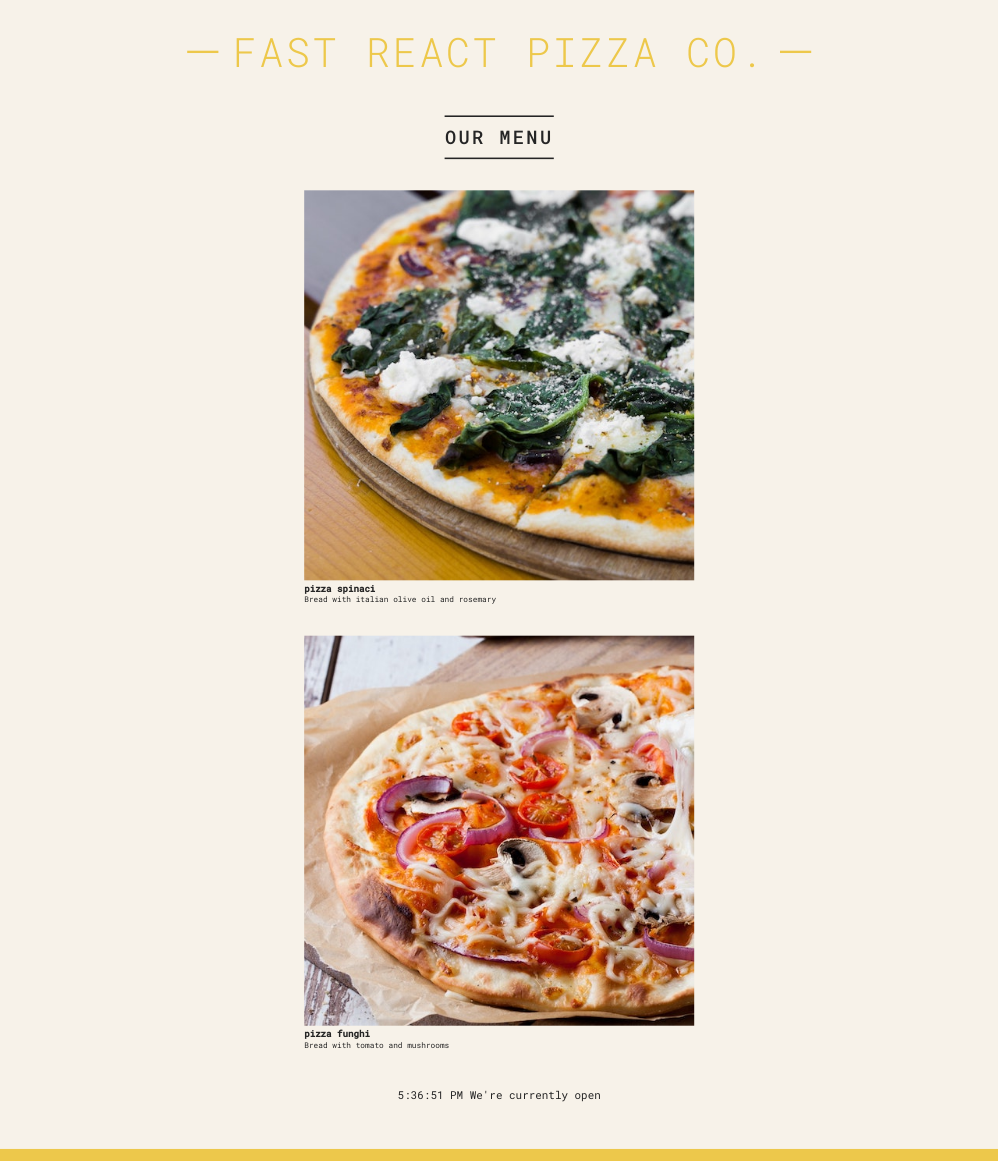
Repository: ahmedharidy/First-React-App
Page: /
An editor plug-in stored every save of this project. The page is shown before and after the next save, followed by the edit.
The browser window is 1280 px wide. The pictures show the whole page, at 78% of full size.
The project was rebuilt for these pictures with package versions that can differ from the ones it lists, and the page was loaded fresh each time.

Above is the page before, as saved 2026-09-22 11:07:53.

### src/index.js
import React from "react";
import ReactDOM from "react-dom/client";
import "./index.css";

const pizzaData = [
  {
    name: "Focaccia",
    ingredients: "Bread with italian olive oil and rosemary",
    price: 6,
    photoName: "pizzas/focaccia.jpg",
    soldOut: false,
  },
  {
    name: "Pizza Margherita",
    ingredients: "Tomato and mozarella",
    price: 10,
    photoName: "pizzas/margherita.jpg",
    soldOut: false,
  },
  {
    name: "Pizza Spinaci",
    ingredients: "Tomato, mozarella, spinach, and ricotta cheese",
    price: 12,
    photoName: "pizzas/spinaci.jpg",
    soldOut: false,
  },
  {
    name: "Pizza Funghi",
    ingredients: "Tomato, mozarella, mushrooms, and onion",
    price: 12,
    photoName: "pizzas/funghi.jpg",
    soldOut: false,
  },
  {
    name: "Pizza Salamino",
    ingredients: "Tomato, mozarella, and pepperoni",
    price: 15,
    photoName: "pizzas/salamino.jpg",
    soldOut: true,
  },
  {
    name: "Pizza Prosciutto",
    ingredients: "Tomato, mozarella, ham, aragula, and burrata cheese",
    price: 18,
    photoName: "pizzas/prosciutto.jpg",
    soldOut: false,
  },
];
function App() {
  return (
    <div className="container">
      <Header />
      <Menu />
      <Footer />
    </div>
  );
}

function Header() {
  //   const style = { color: "red", fontSize: "48px", textTransform: "uppercase" };
  const style = {};
  return (
    <header className="header">
      <h1 style={style}>Fast react pizza co.</h1>
    </header>
  );
}
function Menu() {
  return (
    <main className="menu">
      <h2>Our menu</h2>
      <Pizza
        name="pizza spinaci"
        ingredient="Bread with italian olive oil and rosemary"
        photoName="pizzas/spinaci.jpg"
        price="10"
      />

      <Pizza
        name="pizza funghi"
        ingredient="Bread with tomato and mushrooms"
        photoName="pizzas/funghi.jpg"
        price="50"
      />
    </main>
  );
}

function Pizza(props) {
  console.log(props);
  return (
    <div>
      <img src={props.photoName} alt={props.name}></img>
      <h3>{props.name}</h3>
      <p>{props.ingredient}</p>
    </div>
  );
}

function Footer() {
  const hour = new Date().getHours();
  const openHour = 12;
  const closeHour = 22;
  const isOpen = hour >= openHour && hour <= closeHour;

  //   if (hour >= openHour && hour <= closeHour) alert("were currently open!");
  //   else alert("sorry were closed");

  return (
    <footer className="footer">
      {new Date().toLocaleTimeString()} We're currently open
    </footer>
  );
  //   return React.createElement("footer", null, "we're currently open");
}

const root = ReactDOM.createRoot(document.getElementById("root"));

root.render(<App />);

Loaded but not shown: public/index.html (common file); src/index.css (common file)

After the next save:
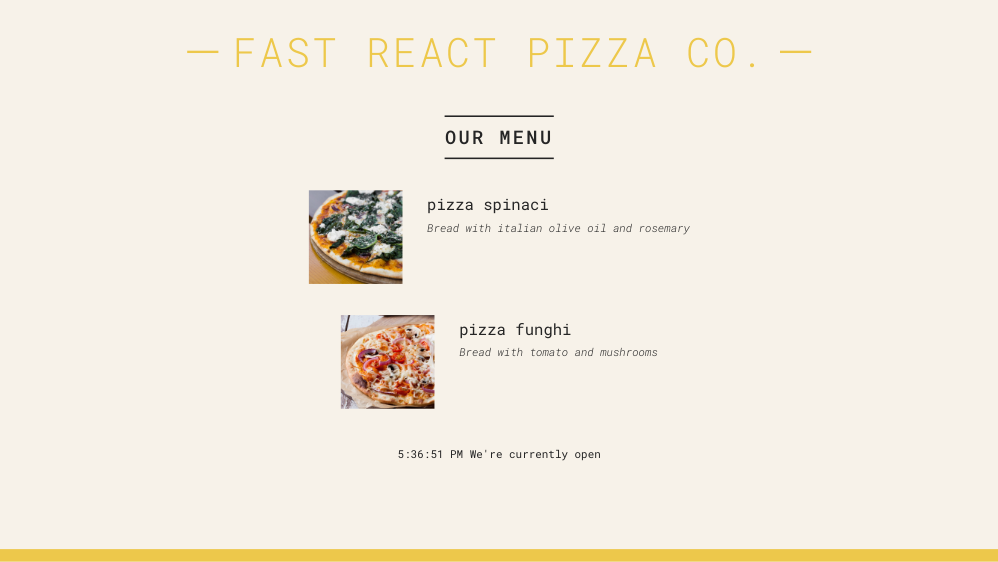
Saved 63 s later.
--- a/src/index.js
+++ b/src/index.js
@@ -89,10 +89,12 @@ function Menu() {
 function Pizza(props) {
   console.log(props);
   return (
-    <div>
+    <div className="pizza">
       <img src={props.photoName} alt={props.name}></img>
-      <h3>{props.name}</h3>
-      <p>{props.ingredient}</p>
+      <div>
+        <h3>{props.name}</h3>
+        <p>{props.ingredient}</p>
+      </div>
     </div>
   );
 }
